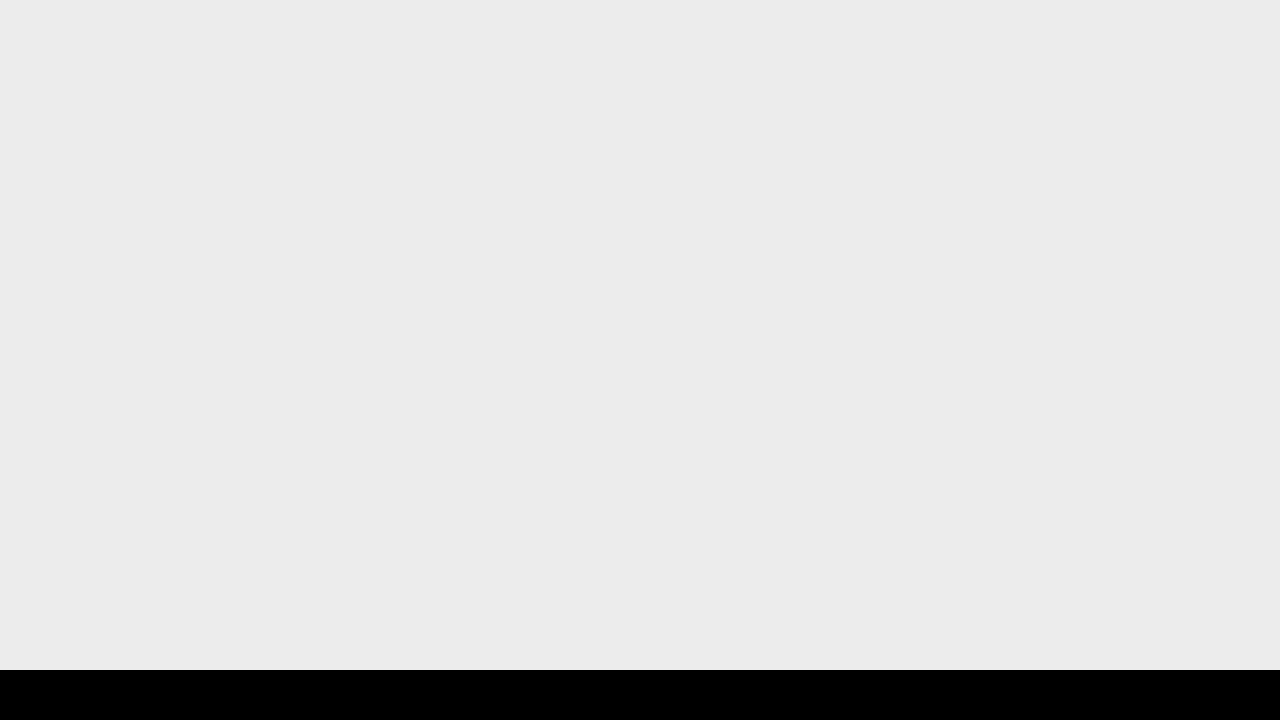
Repository: CarroForslund/1dv403-cf222ev-laborationer
Page: 5-pwd/index.html
The author's editor kept a record of every edit. The page is drawn from the files as they stood at one moment, then again after the next edit.
The browser window is 1280 px wide. The pictures show the whole page.

Above is the page before.
Console error: ReferenceError: Desktop is not defined

After the next edit:
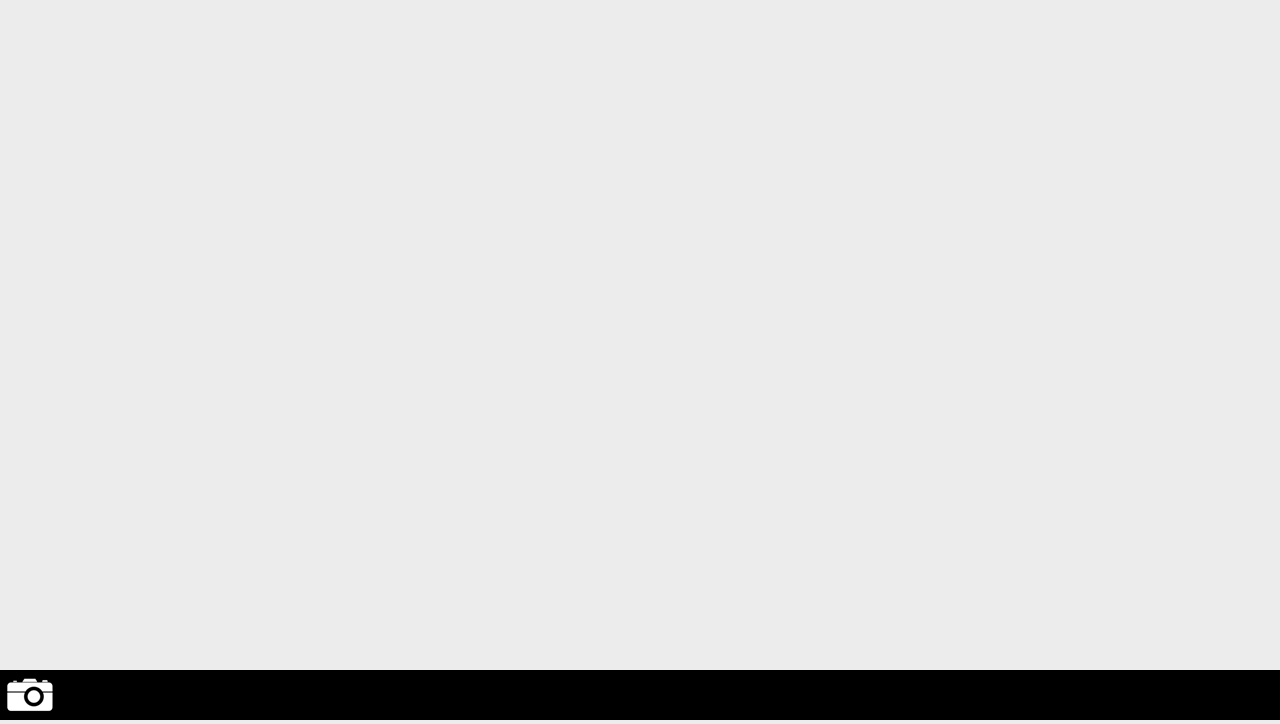
The error is gone.
The edit:
--- a/5-pwd/index.html
+++ b/5-pwd/index.html
@@ -4,7 +4,7 @@
 	<meta charset="UTF-8" />
  	<title>Dashboard</title>
  	<link rel="stylesheet" href="style/style.css">
- 	<!--<script src="script/Desktop.js"></script>-->
+ 	<script src="script/Desktop.js"></script>
  	<script src="script/Gallery.js"></script>
  	<script src="script/Window.js"></script>
  	<script src="script/run.js"></script>
